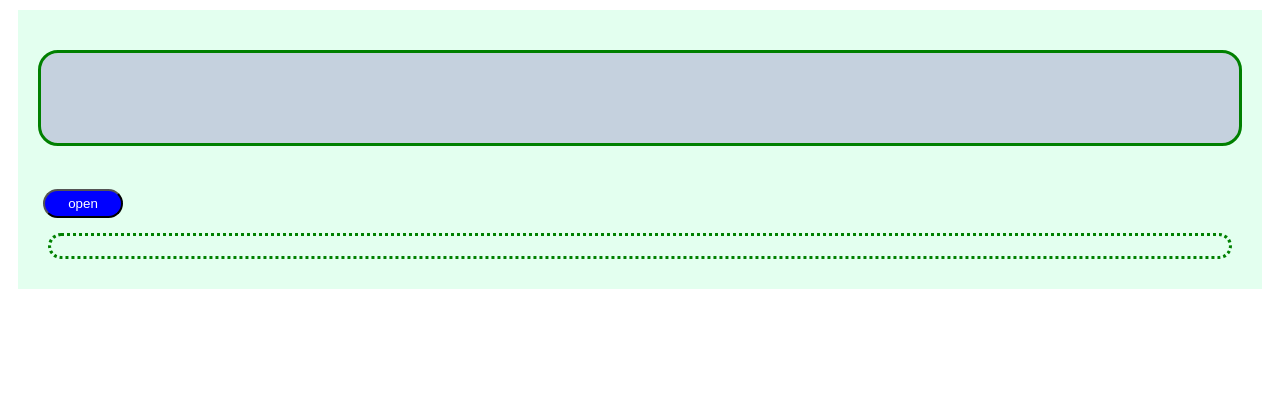
Repository: ypyp0205/jquery
Page: jqpro/WebContent/0207/html_appendTo.html
These files come from the project's save history. The page is drawn as it stood at one moment and after the next save; the edit follows.
The browser window is 1280 px wide. The pictures show the whole page.

Above is the page before, as saved 2020-02-07 07:54:28.

### jqpro/WebContent/0207/html_appendTo.html
<!DOCTYPE html>
<html>
<head>
<meta charset="UTF-8">
<title>Insert title here</title>
<link rel="stylesheet" href="../CSS/mystyle.css">
<script type="text/javascript">
	function proc1() {

	}
</script>
</head>
<body>

	<div class="box">
		<h2></h2>
		<pre>

		</pre>
		<br>
		<button type="button" onclick="proc1()">open</button>
		<br>
		<div id="result1"></div>
	</div>
</body>
</html>

### jqpro/WebContent/CSS/mystyle.css
@CHARSET "UTF-8";

pre {
	height: auto;
	background: #efffef;
	border: 3px solid green;
	font-size: 20px;
	padding: 10px;
	border-radius: 20px;
}

.box {
	background: #e3ffef;
	margin: 10px;
	height: auto;
	padding: 20px;
}

.box div {
	border: 3px dotted green;
	height: auto;
	margin: 10px;
	padding: 10px;
	border-radius: 20px;
}

.box button {
	color: white;
	background: blue;
	padding: 5px;
	margin: 5px;
	width: 80px;
	border-radius: 40px;
}

.box pre {
	padding: 15px;
	color: blue;
	background: rgb(197, 209, 222);
	line-height: 1.5em;
	font-weight: bold;
	}

Loaded but not shown: jqpro/WebContent/js/jquery-3.4.1.min.js (library)

After the next save:
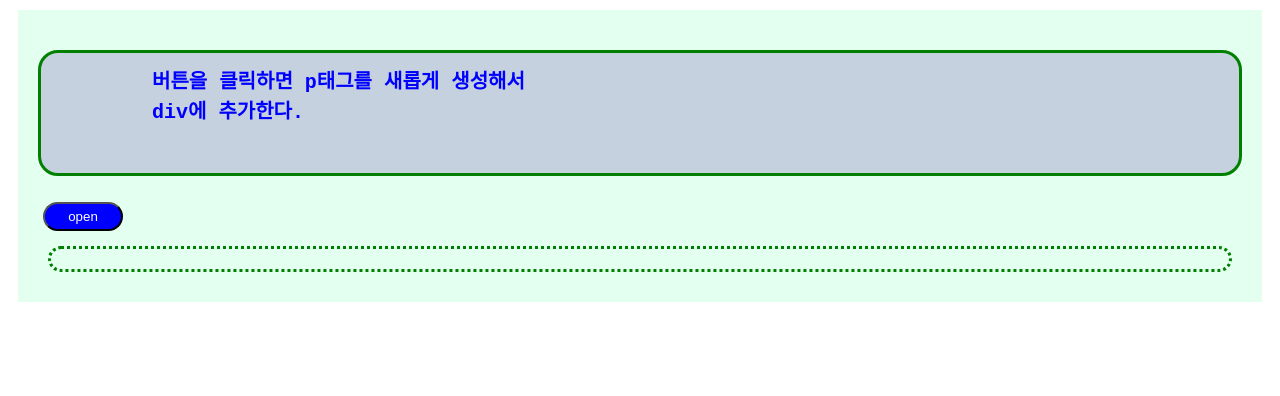
Console error: SyntaxError: Unexpected token ';'
Saved 5 min 8 s later.
--- a/jqpro/WebContent/0207/html_appendTo.html
+++ b/jqpro/WebContent/0207/html_appendTo.html
@@ -4,22 +4,32 @@
 <meta charset="UTF-8">
 <title>Insert title here</title>
 <link rel="stylesheet" href="../CSS/mystyle.css">
+<script src="../js/jquery-3.4.1.min.js" type="text/javascript"></script>
+
 <script type="text/javascript">
-	function proc1() {
+	$(function(){
+		$({
+			ptag = $("<p id='p1' class='pp'>Hello jQuery~~</p>");
+			$(ptag).appendTo('#result1');
+		})
 
-	}
+	})
 </script>
 </head>
 <body>
 
 	<div class="box">
-		<h2></h2>
+
 		<pre>
+	버튼을 클릭하면 p태그를 새롭게 생성해서
+	div에 추가한다.
+		</pre>
 
-		</pre>
-		<br>
-		<button type="button" onclick="proc1()">open</button>
-		<br>
+		<h1></h1>
+
+
+		<button type="button">open</button>
+
 		<div id="result1"></div>
 	</div>
 </body>

After the 6 saves that followed:
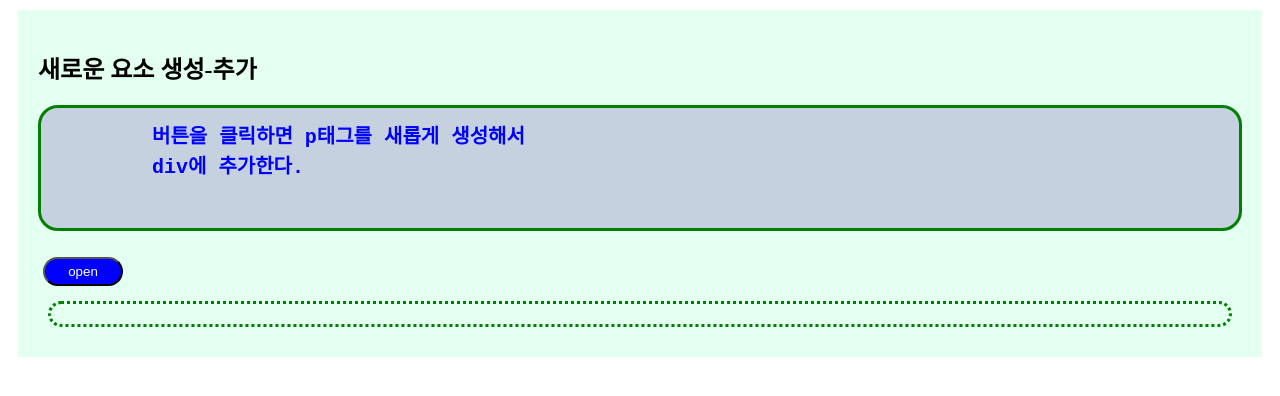
The error is gone.
The 6 saves are shown as one change because 5 left the picture as it was.
The last was saved 6 min 16 s later.
--- a/jqpro/WebContent/0207/html_appendTo.html
+++ b/jqpro/WebContent/0207/html_appendTo.html
@@ -7,18 +7,23 @@
 <script src="../js/jquery-3.4.1.min.js" type="text/javascript"></script>
 
 <script type="text/javascript">
-	$(function(){
-		$({
-			ptag = $("<p id='p1' class='pp'>Hello jQuery~~</p>");
+	$(function() {
+		$('button').on('click', function() {
+
+			ptag = $("<p id='p1' onclick='proc1()' class='pp'>Hello jQuery~~</p>");
 			$(ptag).appendTo('#result1');
 		})
 
 	})
+		function proc1() {
+			alert("hello");
+		}
 </script>
 </head>
 <body>
 
 	<div class="box">
+<h2>새로운 요소 생성-추가</h2>
 
 		<pre>
 	버튼을 클릭하면 p태그를 새롭게 생성해서
